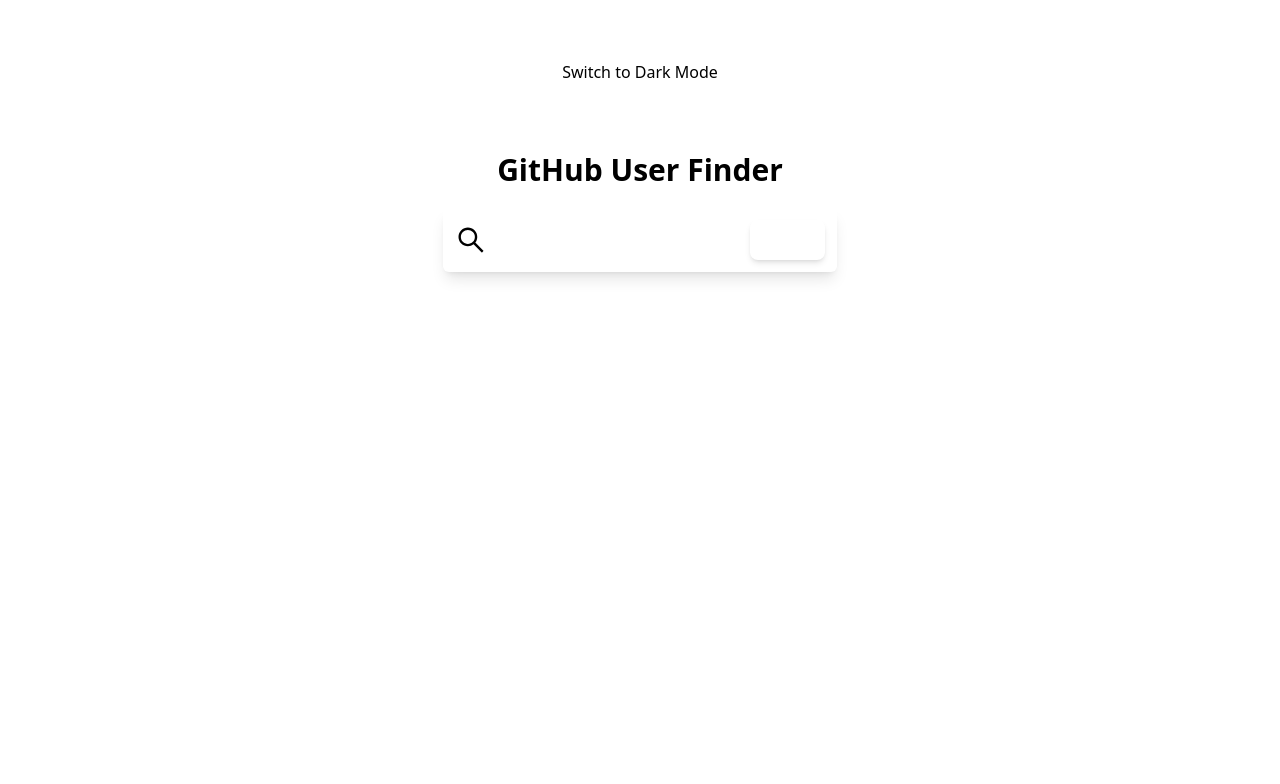
Repository: Gabriel221-dev/Git-Project
Page: /
An editor plug-in stored every save of this project. The page is shown before and after a run of saves, followed by the edit.
The browser window is 1280 px wide. The pictures show the whole page.
The page's requests for data from a server got no answer. The project was rebuilt for these pictures with package versions that can differ from the ones it lists, and the page was loaded fresh each time. No one was signed in, and anything a server would have sent is missing. Also part of the build but not shown: vite.config.js, src/components/Preview/Preview.jsx.

Above is the page before, as saved 2024-06-28 10:19:14.

### src/App.jsx
// import { useState } from "react";
// import "./App.css";
// import Search from "./components/Search/Search";
// import Preview from "./components/Preview/Preview";
// import DarkAndLightBtn from "./components/DarkAndLightBtn/DarkAndLightBtn";

// function App() {
//   const [data, setData] = useState({});
//   const [isLoading, setIsLoading] = useState(true);

//   return (
//     <div className="flex flex-col gap-5 h-screen w-full justify-center items-center bg-dark-bg">
//       <div>
//         <DarkAndLightBtn />
//         <Search setData={setData} setIsLoading={setIsLoading} />
//       </div>
//       <div>
//         <Preview
//           avatarUrl={data.avatar_url}
//           blog={data.blog}
//           email={data.email}
//           followers={data.followers}
//           following={data.following}
//           location={data.location}
//           login={data.login}
//           name={data.name}
//           public_repos={data.public_repos}
//           twitter={data.twitter}
//           isLoading={isLoading}
//           bio={data.bio}
//           joinedAt={data.created_at?.split("T")[0]}
//         />
//       </div>
//     </div>
//   );
// }

// export default App;

import { useState } from "react";
import "./App.css";
import Search from "./components/Search/Search";
import Preview from "./components/Preview/Preview";

function App() {
  const [data, setData] = useState(null);
  const [isLoading, setIsLoading] = useState(false);
  const [isDarkMode, setIsDarkMode] = useState(false);

  const toggleTheme = () => {
    setIsDarkMode((prevMode) => !prevMode);
  };

  return (
    <div
      className={`App ${
        isDarkMode ? "dark" : ""
      } min-h-screen flex flex-col items-center gap-5`}
    >
      <div
        className={`w-full p-5 ${
          isDarkMode
            ? "bg-dark-background text-dark-text"
            : "bg-light-background text-light-text"
        }`}
      >
        <button
          onClick={toggleTheme}
          className={`${
            isDarkMode
              ? "bg-dark-primary text-dark-text"
              : "bg-light-primary text-light-text"
          } p-2 rounded-md`}
        >
          Switch to {isDarkMode ? "Light" : "Dark"} Mode
        </button>
      </div>
      <h1 className="text-3xl font-bold mt-5">GitHub User Finder</h1>
      <Search setData={setData} setIsLoading={setIsLoading} />
      {data && (
        <Preview
          avatarUrl={data.avatar_url}
          name={data.name}
          login={data.login}
          public_repos={data.public_repos}
          followers={data.followers}
          following={data.following}
          location={data.location}
          blog={data.blog}
          twitter={data.twitter_username}
          email={data.email}
          isLoading={isLoading}
          bio={data.bio}
          joinedAt={new Date(data.created_at).toLocaleDateString()}
        />
      )}
    </div>
  );
}

export default App;

### src/App.css
#root {
  max-width: 1280px;
  margin: 0 auto;
  padding: 2rem;
  text-align: center;
}

.logo {
  height: 6em;
  padding: 1.5em;
  will-change: filter;
  transition: filter 300ms;
}
.logo:hover {
  filter: drop-shadow(0 0 2em #646cffaa);
}
/* .logo.react:hover {
  filter: drop-shadow(0 0 2em #61dafbaa);
} */

@keyframes logo-spin {
  from {
    transform: rotate(0deg);
  }
  to {
    transform: rotate(360deg);
  }
}

@media (prefers-reduced-motion: no-preference) {
  a:nth-of-type(2) .logo {
    animation: logo-spin infinite 20s linear;
  }
}

.card {
  padding: 2em;
}

.read-the-docs {
  color: #888;
}

### src/components/Search/Search.jsx
import React, { useEffect, useState } from "react";

function Search({ setData, setIsLoading }) {
  const [userName, setUserName] = useState("adjeneg21");
  const [error, setError] = useState("");
  const handleClick = async () => {
    setIsLoading(true);
    setError("");
    const data = await fetch(`https://api.github.com/users/${userName}`);
    if (!data.ok) {
      if (data.status === 404) {
        throw new Error("user not found");
      } else {
        throw new Error("something went wrong. Please try again");
      }
    }
    const userData = await data.json();
    setData(userData);
    setError(error.message);
    setIsLoading(false);
    console.log(userData);
  };

  useEffect(() => {
    handleClick();
  }, []);
  return (
    <div className="flex bg-dark-gray p-3 gap-5 rounded-md shadow-lg ">
      <div className="flex items-center gap-3">
        <span>
          {" "}
          <svg
            className="text-dark-blue"
            viewBox="0 0 1024 1024"
            fill="currentColor"
            height="2em"
            width="2em"
          >
            <path d="M909.6 854.5L649.9 594.8C690.2 542.7 712 479 712 412c0-80.2-31.3-155.4-87.9-212.1-56.6-56.7-132-87.9-212.1-87.9s-155.5 31.3-212.1 87.9C143.2 256.5 112 331.8 112 412c0 80.1 31.3 155.5 87.9 212.1C256.5 680.8 331.8 712 412 712c67 0 130.6-21.8 182.7-62l259.7 259.6a8.2 8.2 0 0011.6 0l43.6-43.5a8.2 8.2 0 000-11.6zM570.4 570.4C528 612.7 471.8 636 412 636s-116-23.3-158.4-65.6C211.3 528 188 471.8 188 412s23.3-116.1 65.6-158.4C296 211.3 352.2 188 412 188s116.1 23.2 158.4 65.6S636 352.2 636 412s-23.3 116.1-65.6 158.4z" />
          </svg>
        </span>
        <input
          className="bg-transparent outline-none text-white"
          value={userName}
          onChange={(e) => setUserName(e.target.value)}
          type="text"
          placeholder="Search Github Username..."
        />
      </div>
      <div>
        <button
          onClick={handleClick}
          className="bg-dark-blue rounded-lg px-3 py-2 text-white shadow-md "
        >
          Search
        </button>
      </div>
    </div>
  );
}

export default Search;

### tailwind.config.js
/** @type {import('tailwindcss').Config} */
// export default {
//   content: [
//     "./index.html",
//     "./src/**/*.{js,ts,jsx,tsx}",
//   ],
//   theme: {
//     extend: {
//       colors:{
//         "dark-bg":"#141c2e",
//         "dark-gray":"#1e2b48",
//         "dark-blue":"#007afd"
//       }
//     },
//   },
//   plugins: [],
// }
export default {
  darkMode: 'class', // Enable dark mode class strategy
    content: [
      "./index.html",
      "./src/**/*.{js,ts,jsx,tsx}",
  ],
  theme: {
    extend: {
      colors: {
        light: {
        "dark-bg":"#141c2e",
        "dark-gray":"#1e2b48",
        "dark-blue":"#007afd"
        },
        dark: {
          primary: '#1E3A8A', // Dark Blue
          secondary: '#3B82F6', // Lighter Blue
          darkGray: '#1F2937', // Dark Gray
          lightGray: '#6B7280', // Light Gray
          errorRed: '#DC2626', // Error Red
          background: '#1F2937', // Dark Gray
          text: '#FFFFFF', // White
        },
      },
    },
  },
  variants: {},
  plugins: [],
}

Loaded but not shown: index.html (common file); src/main.jsx (common file); src/index.css (common file)

After the next 2 saves:
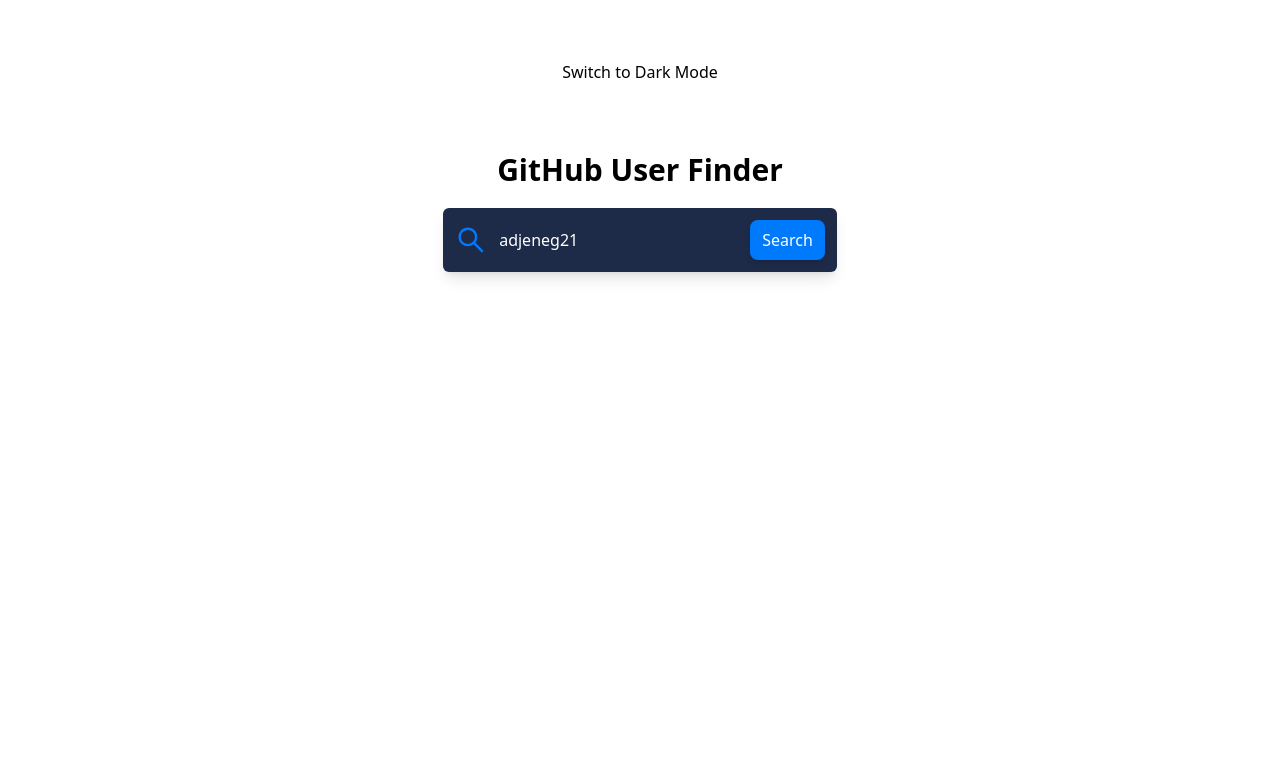
The 2 saves are shown as one change because 1 did not build or start.
The last was saved 30 s later.
--- a/tailwind.config.js
+++ b/tailwind.config.js
@@ -1,46 +1,17 @@
 /** @type {import('tailwindcss').Config} */
-// export default {
-//   content: [
-//     "./index.html",
-//     "./src/**/*.{js,ts,jsx,tsx}",
-//   ],
-//   theme: {
-//     extend: {
-//       colors:{
-//         "dark-bg":"#141c2e",
-//         "dark-gray":"#1e2b48",
-//         "dark-blue":"#007afd"
-//       }
-//     },
-//   },
-//   plugins: [],
-// }
 export default {
-  darkMode: 'class', // Enable dark mode class strategy
-    content: [
-      "./index.html",
-      "./src/**/*.{js,ts,jsx,tsx}",
+  content: [
+    "./index.html",
+    "./src/**/*.{js,ts,jsx,tsx}",
   ],
   theme: {
     extend: {
-      colors: {
-        light: {
+      colors:{
         "dark-bg":"#141c2e",
         "dark-gray":"#1e2b48",
         "dark-blue":"#007afd"
-        },
-        dark: {
-          primary: '#1E3A8A', // Dark Blue
-          secondary: '#3B82F6', // Lighter Blue
-          darkGray: '#1F2937', // Dark Gray
-          lightGray: '#6B7280', // Light Gray
-          errorRed: '#DC2626', // Error Red
-          background: '#1F2937', // Dark Gray
-          text: '#FFFFFF', // White
-        },
-      },
+      }
     },
   },
-  variants: {},
   plugins: [],
 }
